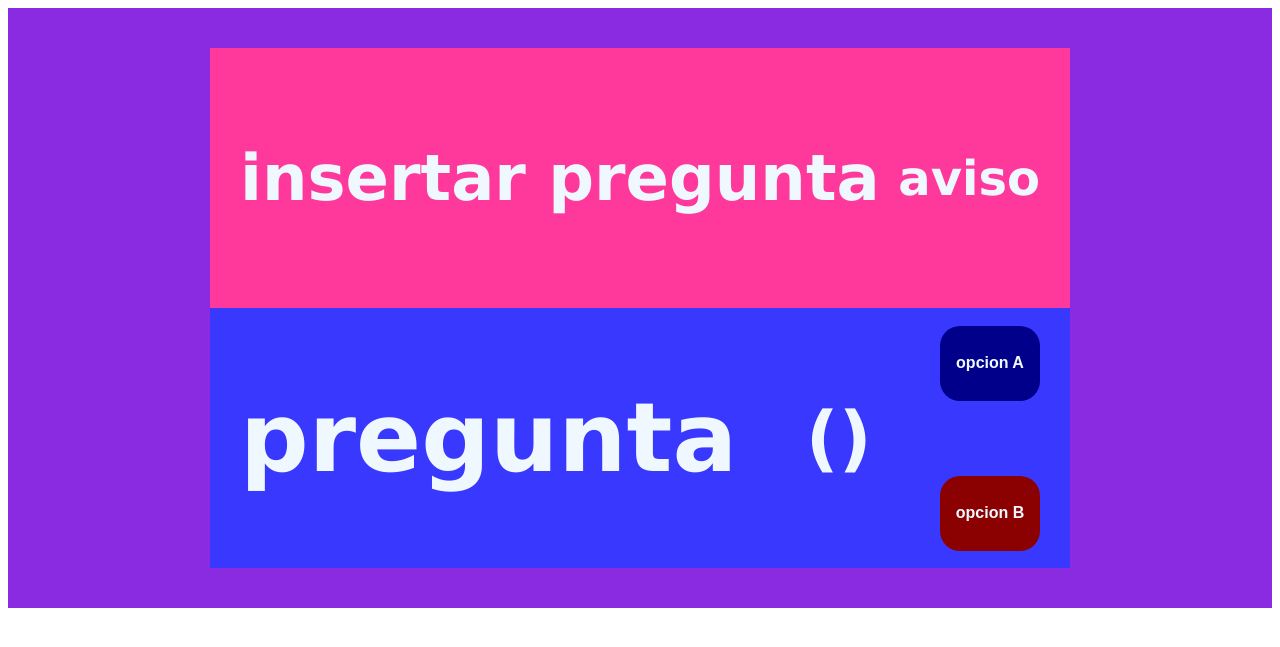
Repository: eschala/Proyecto_Clonaci-n_Kahoot_2023-2
Page: Borrador_Samir_Kahoot_NEW/Prueaba_Validar.html
The author's editor kept a copy of each file at every save. The page is drawn from the files as they stood at one save, then again after the next save.
The browser window is 1280 px wide. The pictures show the whole page.

Above is the page before, as saved 2023-11-29 15:12:07.
Console error: SyntaxError: Unexpected token ']'

After the next save:
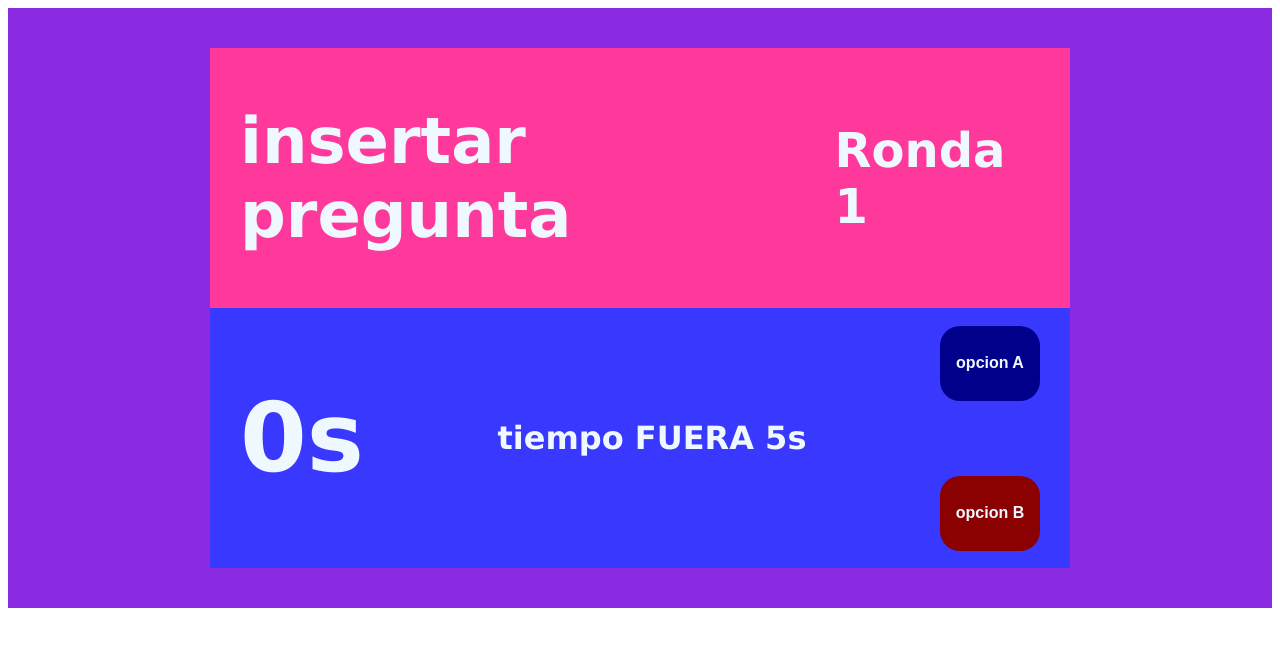
Console error: ReferenceError: con is not defined
Saved 15 s later.
--- a/Borrador_Samir_Kahoot_NEW/respuesta_VALIDAR.js
+++ b/Borrador_Samir_Kahoot_NEW/respuesta_VALIDAR.js
@@ -68,7 +68,7 @@
 
 
 
-    pregunta_E.innerHTML=preguntas_String[]
+    pregunta_E.innerHTML=preguntas_String[con]
 
 
 }

After the save that followed:
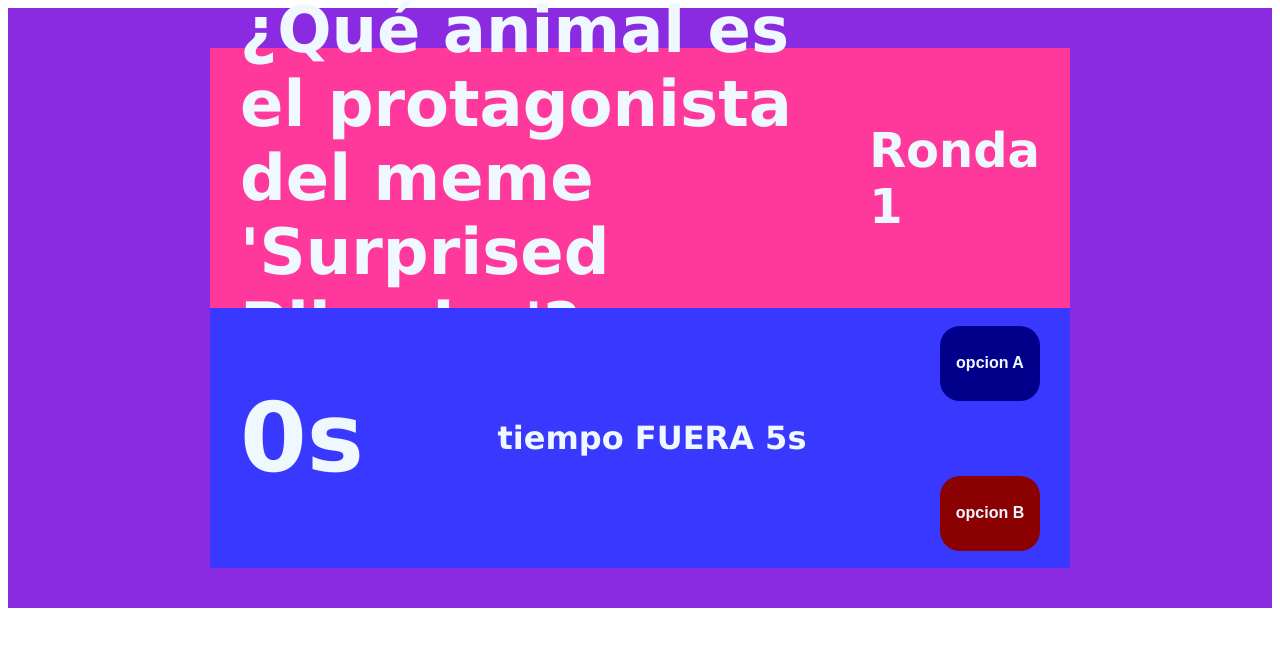
The error is gone.
Saved 4 s later.
--- a/Borrador_Samir_Kahoot_NEW/respuesta_VALIDAR.js
+++ b/Borrador_Samir_Kahoot_NEW/respuesta_VALIDAR.js
@@ -68,7 +68,7 @@
 
 
 
-    pregunta_E.innerHTML=preguntas_String[con]
+    pregunta_E.innerHTML=preguntas_String[contar_S]
 
 
 }
